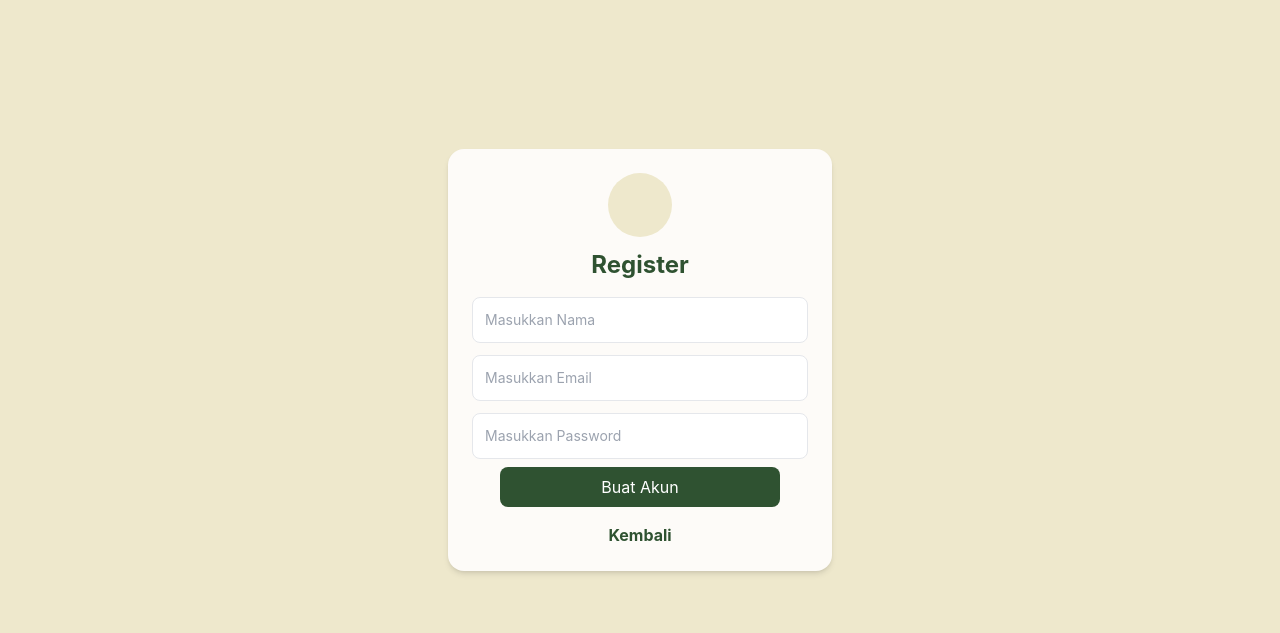
Repository: PajarAland/DiagramCoffee
Page: /register
An editor plug-in stored every save of this project. The page is shown before and after the next save, followed by the edit.
The browser window is 1280 px wide. The pictures show the whole page.
The project was rebuilt for these pictures with package versions that can differ from the ones it lists, and the page was loaded fresh each time. Also part of the build but not shown: vite.config.js, src/pages/Landing.jsx, src/pages/Login.jsx.

Above is the page before, as saved 2026-04-25 01:32:00.

After the next save:
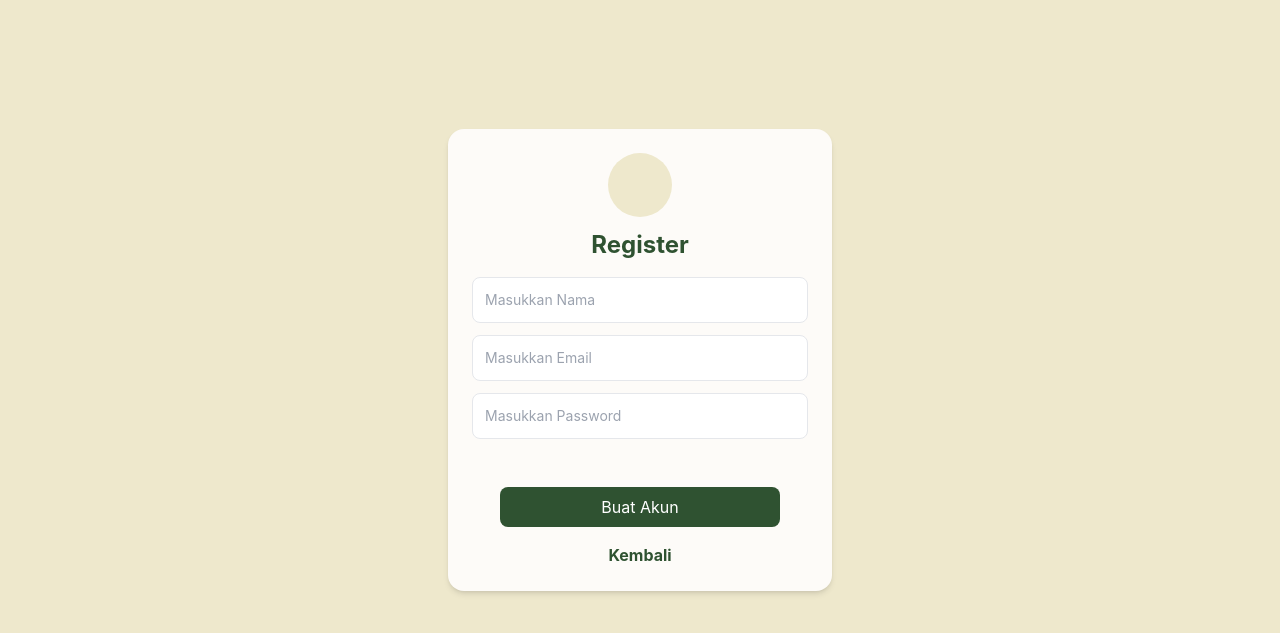
Saved 8 s later.
--- a/src/pages/Register.jsx
+++ b/src/pages/Register.jsx
@@ -50,7 +50,7 @@ function Register() {
             {/* Button */}
             <button
                 type="submit"
-                className="w-10/12 bg-[#2F5231] text-white py-2 rounded-lg !mt-2"
+                className="w-10/12 bg-[#2F5231] text-white py-2 rounded-lg !mt-12"
             >
                 Buat Akun
             </button>
